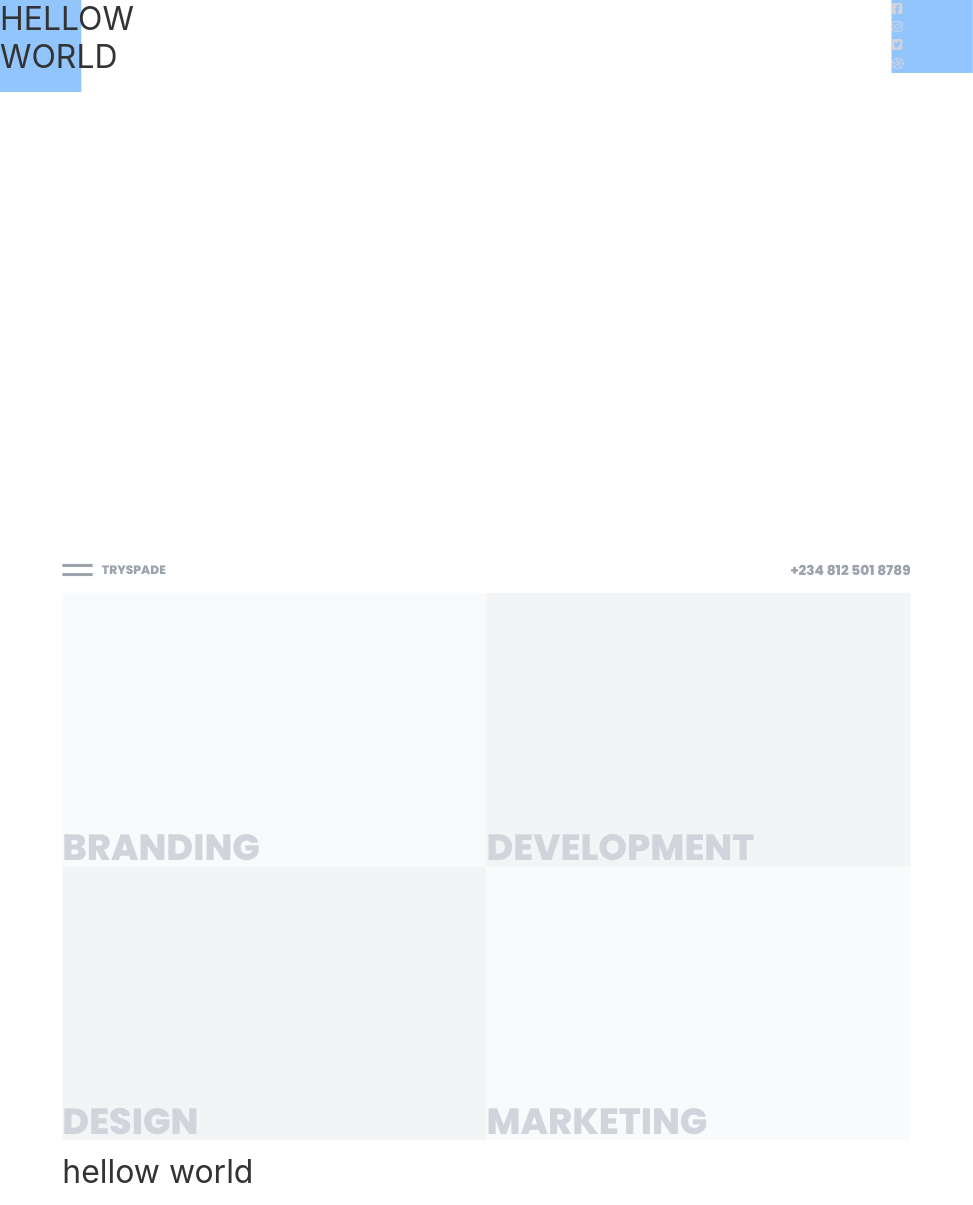
Repository: latenightsnacc/super-octo-fortnight
Page: new.html
An editor plug-in stored every save of this project. The page is shown before and after the next save, followed by the edit.
The browser window is 1280 px wide. The pictures show the whole page, at 76% of full size.
Some web libraries are served in a nearby version.

Above is the page before, as saved 2021-03-01 12:55:01.

After the next save:
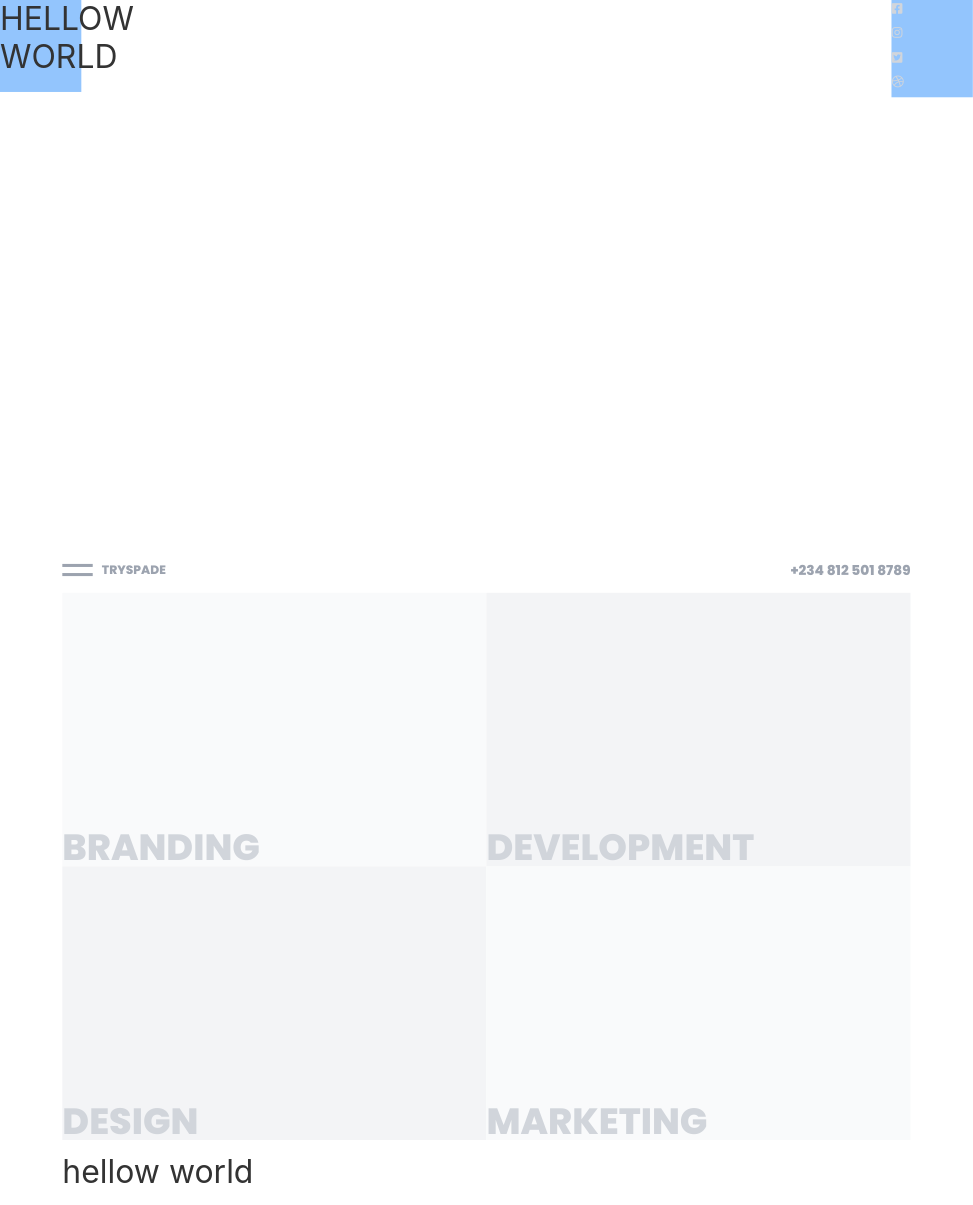
Saved 42 s later.
--- a/new.html
+++ b/new.html
@@ -32,16 +32,16 @@
         <div class="w-1/12 bg-blue-300 h-full">
             <div class="">
                 <div class="flex flex-col justify-end full">
-                    <a href="#" class="text-gray-300 hover:no-underline hover:text-gray-700">
+                    <a href="#" class="mb-2 text-gray-300 hover:no-underline hover:text-gray-700">
                         <i class="fab fa-facebook-square"></i>
                     </a>
-                    <a href="#" class="text-gray-300 hover:no-underline hover:text-gray-700">
+                    <a href="#" class="mb-2  text-gray-300 hover:no-underline hover:text-gray-700">
                         <i class="fab fa-instagram"></i>
                     </a>
-                    <a href="#" class="text-gray-300 hover:no-underline hover:text-gray-700">
+                    <a href="#" class="mb-2  text-gray-300 hover:no-underline hover:text-gray-700">
                         <i class="fab fa-twitter-square"></i>
                     </a>
-                    <a href="#" class="text-gray-300 hover:no-underline hover:text-gray-700">
+                    <a href="#" class="mb-2  text-gray-300 hover:no-underline hover:text-gray-700">
                         <i class="fab fa-dribbble"></i>
                     </a>
                 </div>
